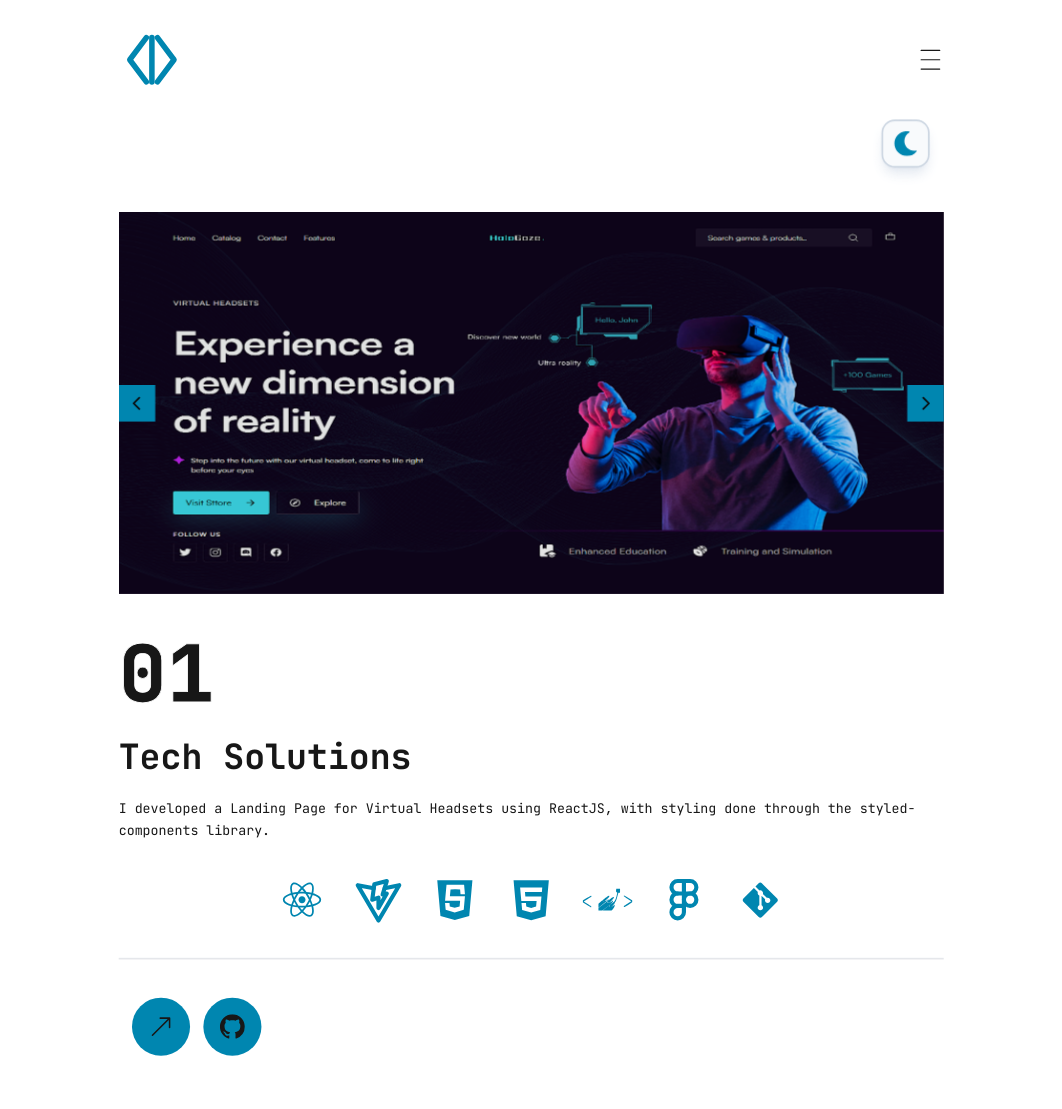
Repository: sergioscker/sergio-portfolio
Page: /work
An editor plug-in stored every save of this project. The page is shown before and after the next save, followed by the edit.
The browser window is 1280 px wide. The pictures show the whole page, at 83% of full size.
The project was rebuilt for these pictures with package versions that can differ from the ones it lists, and the page was loaded fresh each time. The framework's server and built-in components were replaced by stand-ins that run in the browser. Also part of the build but not shown: next.config.mjs.

Above is the page before, as saved 2025-04-29 15:07:25.

After the next save:
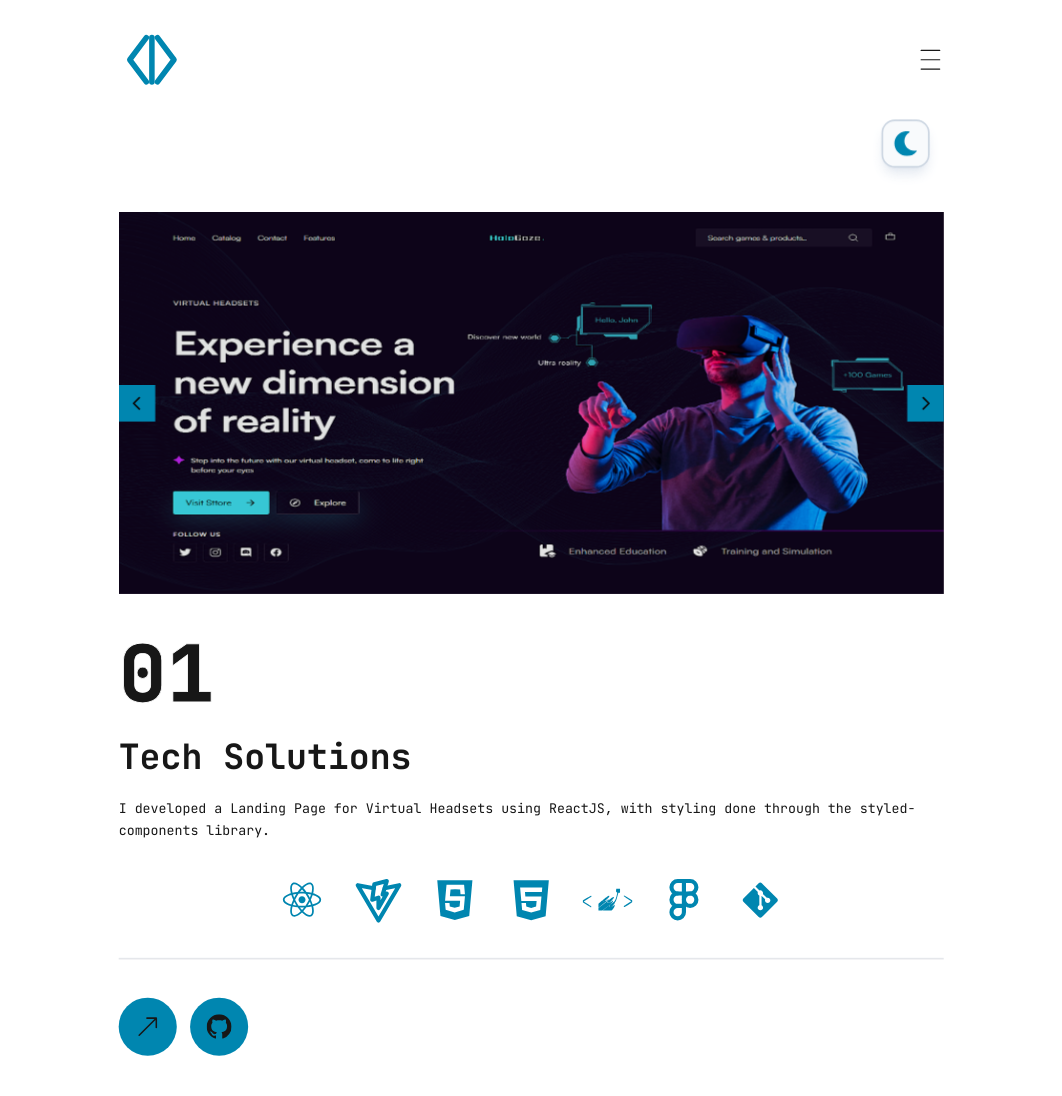
Saved 5 s later.
--- a/app/work/page.jsx
+++ b/app/work/page.jsx
@@ -318,7 +318,7 @@ const Work = () => {
               <div className="border dark:border-white/20"></div>
 
               {/* buttons */}
-              <div className="flex items-center gap-4 m-4">
+              <div className="flex items-center gap-4 mt-4">
                 {/* live project button */}
                 <Link
                   href={project.live}
